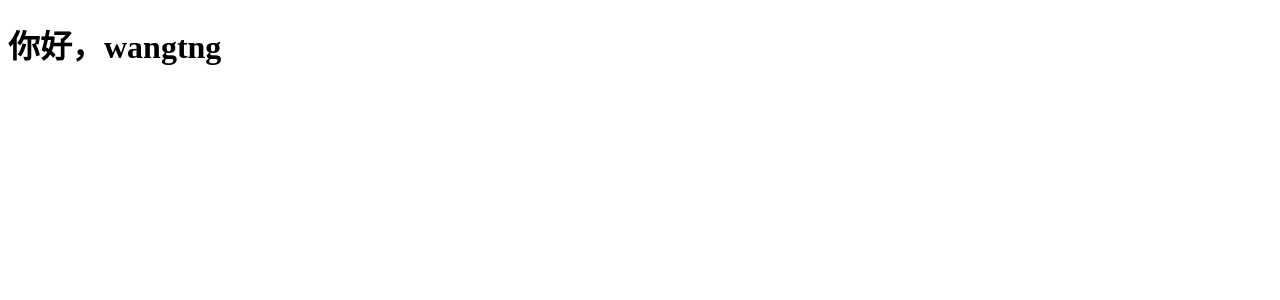
Repository: reggiepy/vueLeaning
Page: 04 el与data的两种写法/el与data两种写法.html
The author's editor kept a copy of each file at every save. The page is drawn from the files as they stood at one save, then again after the next save.
The browser window is 1280 px wide. The pictures show the whole page.

Above is the page before, as saved 2021-12-05 15:41:23.

After the next save:
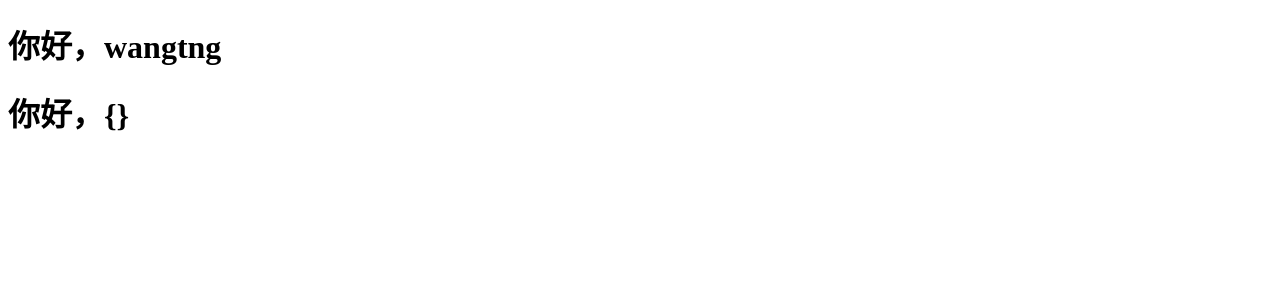
Saved 32 s later.
--- a/04 el与data的两种写法/el与data两种写法.html
+++ b/04 el与data的两种写法/el与data两种写法.html
@@ -10,6 +10,7 @@
 <body>
     <div id="root">
         <h1>你好，{{name}}</h1>
+        <h1>你好，{{$refs}}</h1>
     </div>
     <script>
         Vue.config.productionTip = false;
